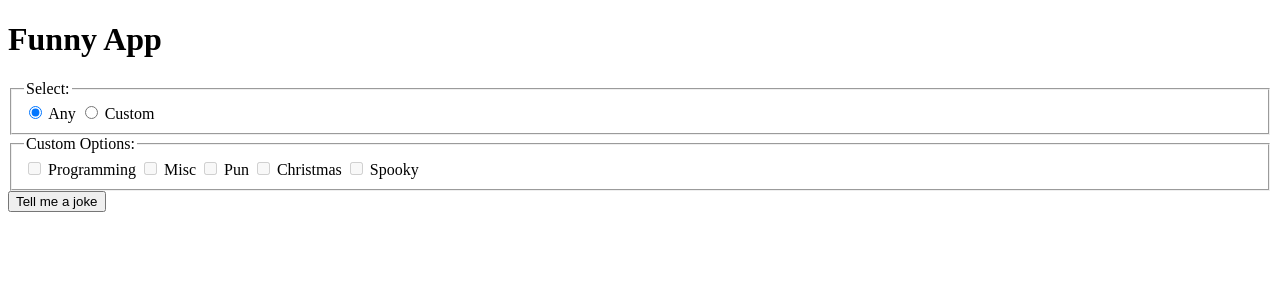
Repository: kaitlynMidori/dadJokeApi
Page: index.html
The author's editor kept a copy of each file at every save. The page is drawn from the files as they stood at one save, then again after the next save.
The browser window is 1280 px wide. The pictures show the whole page.
Some web libraries are served in a nearby version.

Above is the page before, as saved 2021-01-08 10:40:34.

After the next save:
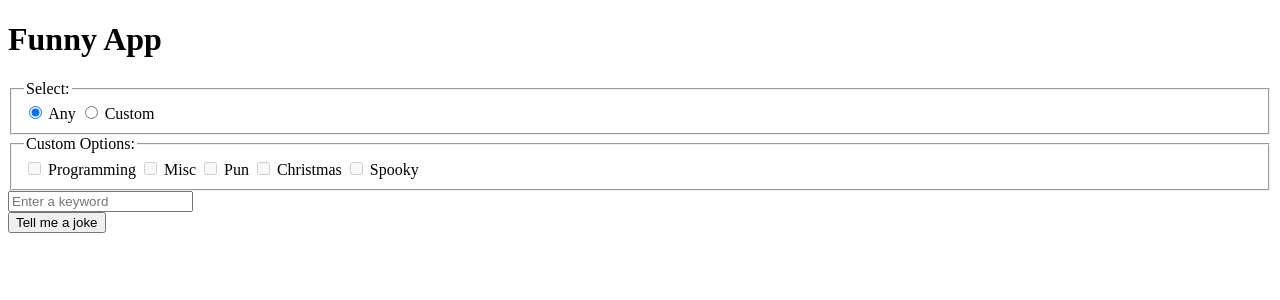
Saved 6 s later.
--- a/index.html
+++ b/index.html
@@ -42,9 +42,9 @@
                     <label for="spooky">Spooky</label>
                 </div>
         </fieldset>
-            <!-- <form>
+            <form>
                 <input type="form-control" placeholder="Enter a keyword" id="keyword">
-            </form> -->
+            </form>
 
             <button type="submit" id="submit button">Tell me a joke</button>
             <div id="result"></div>
